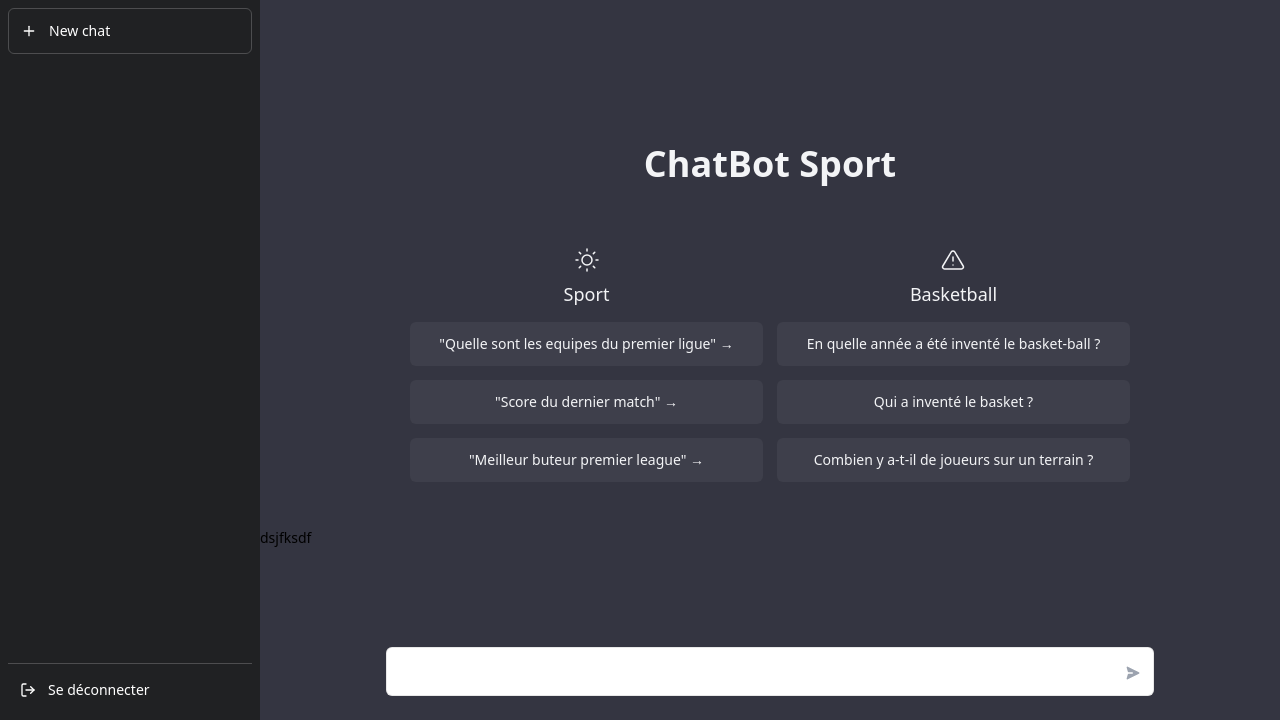
Repository: HaithemBenSlama/chatbot-front
Page: /, after clicking the first element matching `button.sc-gsFSXq`
An editor plug-in stored every save of this project. The page is shown before and after the next save, followed by the edit.
The browser window is 1280 px wide. The pictures show the whole page.
The project was rebuilt for these pictures with package versions that can differ from the ones it lists, and the page was loaded fresh each time. Also part of the build but not shown: src/constants/svg/lightningChargeIcon.js, src/constants/svg/externalLinkIcon.js, src/constants/svg/discordIcon.js, src/constants/svg/menuIcon.js, src/Components/Login/form-input.css.

Above is the page before, as saved 2023-05-01 22:01:37.

### src/App.js
import React from 'react'
import { LeftSection, RightSection } from './Components/main'
import { useState } from "react"
import Login from './Components/Login/Login';

const App = () => {
  const [isLoggedIn, setIsLoggedIn] = useState(false);
  return (
    <div>
      {isLoggedIn ? (
        <>
        <LeftSection setIsLoggedIn={setIsLoggedIn}/>
        <RightSection/>
        </>
      ) : (
        <Login setIsLoggedIn={setIsLoggedIn}/>
      )}
    </div>
  )
      }
export default App

### src/Components/main/index.js
import LeftSection from "./LeftSection";
import RightSection from "./RightSection";
import Footer from "./Footer";

export {RightSection, LeftSection, Footer}

### src/Components/Login/Login.jsx
import React from "react";
import "./login.css";
import * as Components from './Components';
import   { useState } from 'react';
import { useCookies } from "react-cookie";
import FormInput from "./FormInput";

const Login = ({setIsLoggedIn}) => {
    const [token,setToken]=useCookies(["user-token"]);
    const [signIn, toggle] = React.useState(true);
    const [data, setData] = useState();

    const [values, setValues] = useState({
        username: "",
        password: "",
    });
    const onChange = (e) => {
            setValues({ ...values, [e.target.name]: e.target.value });
    };

    const [valuesCreate, setValuesCreate] = useState({
        username: "",
        city: "",
        email: "",
        password: "",
    });
    const onChangeCreate = (e) => {
        setValuesCreate({ ...valuesCreate, [e.target.name]: e.target.value });
    };
    const handleSubmit = (e) => {
        e.preventDefault();
    };

    const inputs = [
        {
        id: 1,
        name: "username",
        type: "text",
        placeholder: "Username",
        errorMessage:
            "Username should be 3-16 characters and shouldn't include any special character!",
        label: "Username",
        pattern: "^[A-Za-z0-9]{3,16}$",
        required: true,
        },
        {
        id: 2,
        name: "password",
        type: "password",
        placeholder: "Password",
        errorMessage:
            "Password should be 8-20 characters and include at least 1 letter and 1 number!",
        label: "Password",
        pattern: `^(?=.*[0-9])(?=.*[a-zA-Z])[a-zA-Z0-9!@#$%^&*]{8,20}$`,
        required: true,
        },
    ];

    const inputsCreate = [
        {
        id: 1,
        name: "username",
        type: "text",
        placeholder: "Username",
        errorMessage:
            "Username should be 3-16 characters and shouldn't include any special character!",
        label: "Username",
        pattern: "^[A-Za-z0-9]{3,16}$",
        required: true,
        },
        {
            id: 2,
            name: "city",
            type: "text",
            placeholder: "City",
            errorMessage:
                "City name should be 3-16 characters and shouldn't include any special character!",
            label: "City",
            pattern: "^[A-Za-z]{3,16}$",
            required: true,
            },
        {
        id: 3,
        name: "email",
        type: "email",
        placeholder: "Email",
        errorMessage: "It should be a valid email address!",
        label: "Email",
        required: true,
        },
        {
        id: 4,
        name: "password",
        type: "password",
        placeholder: "Password",
        errorMessage:
            "Password should be 8-20 characters and include at least 1 letter and 1 number!",
        label: "Password",
        pattern: `^(?=.*[0-9])(?=.*[a-zA-Z])[a-zA-Z0-9!@#$%^&*]{8,20}$`,
        required: true,
        },
    ];

    const submitLog = async (e) => {
        e.preventDefault()
        const user = {
            username: values.username,
            password: values.password
        };
        const response=await fetch('http://127.0.0.1:8000/user/verif_user_login/', {
            method: 'POST',
            headers: {
                'accept': '*/*',
                'Content-Type':'multipart/form-data; boundary=--------------------------499310528544182401120976',
            },
            body:JSON.stringify(user)
        })
        const responseJson=await response.json();
        setToken("user-token",responseJson.usertoken);
    };

    const submitCreate = async (e) => {

        e.preventDefault()
        const user = {
            username: valuesCreate.username,
            city: valuesCreate.city,
            email: valuesCreate.email,
            password: valuesCreate.password
        };
        const response=await fetch('http://127.0.0.1:8000/user/verif_user/', {
            method: 'POST',
            headers: {
                'accept': '*/*',
                'Content-Type':'multipart/form-data; boundary=--------------------------499310528544182401120976',
            },
            body:JSON.stringify(user)
        })
        const responseJson=await response.json();
        setToken("user-token",responseJson.usertoken);
    };


        return(
            <div className="comp_body"><h1 className="logTitle">ChatBot</h1>
                <Components.Container>
                    <Components.SignUpContainer signinIn={signIn}>
                        <Components.Form  onSubmit={handleSubmit} >
                            <Components.Title>Create Account</Components.Title>
                            {inputsCreate.map((input) => (
                                <FormInput
                                    key={input.id}
                                    {...input}
                                    value={valuesCreate[input.name]}
                                    onChange={onChangeCreate}
                                />
                                ))}
                            <Components.Button onClick={submitCreate}>Sign Up</Components.Button>
                        </Components.Form>
                    </Components.SignUpContainer>

                    <Components.SignInContainer signinIn={signIn}>
                        <Components.Form >
                            <Components.Title>Log in</Components.Title>
                            {inputs.map((input) => (
                                <FormInput
                                    key={input.id}
                                    {...input}
                                    value={values[input.name]}
                                    onChange={onChange}
                                />
                                ))}
                            <Components.Anchor href='#'>Forgot your password?</Components.Anchor>
                            <Components.Button onClick={()=>{setIsLoggedIn(true)}} >Sign In</Components.Button>
                        </Components.Form>
                    </Components.SignInContainer>

                    <Components.OverlayContainer signinIn={signIn}>
                    <Components.Overlay signinIn={signIn}>

                    <Components.LeftOverlayPanel signinIn={signIn}>
                        <Components.Title>Welcome Back!</Components.Title>
                        <Components.Paragraph>
                            To keep connected with us please login with your personal info
                        </Components.Paragraph>
                        <Components.GhostButton onClick={() => toggle(true)}>
                            Sign In
                        </Components.GhostButton>
                        </Components.LeftOverlayPanel>

                        <Components.RightOverlayPanel signinIn={signIn}>
                            <Components.Title>Hello, Friend!</Components.Title>
                            <Components.Paragraph>
                                Enter Your personal details and start journey with us
                            </Components.Paragraph>
                                <Components.GhostButton onClick={() => toggle(false)}>
                                    Sigin Up
                                </Components.GhostButton>
                        </Components.RightOverlayPanel>

                    </Components.Overlay>
                </Components.OverlayContainer>

            </Components.Container>
        </div>
        )
}

export default Login;

### src/Components/main/LeftSection/index.js
import React from "react";
import { LogOutIcon,PlusIcon,} from "../../../constants";

const LeftSection = ({ show = false }) => {
  return (
    <div
      className={`${show && " flex flex-col"} ${
        !show && "hidden"
      } bg-black md:fixed md:inset-y-0 md:flex md:w-[260px] md:flex-col`}
    >
      <div className="flex h-full min-h-0 flex-col ">
        <div className="scrollbar-trigger flex h-full w-full flex-1 items-start border-white/20">
          <nav className="flex h-full flex-1 flex-col space-y-1 p-2">
            <a className="flex py-3 px-3 items-center gap-3 rounded-md hover:bg-gray-500/10 transition-colors duration-200 text-white cursor-pointer text-sm mb-2 flex-shrink-0 border border-white/20">
              <PlusIcon />
              New chat
            </a>
            <div className="flex-col flex-1 overflow-y-auto border-b border-white/20">
              <div className="flex flex-col gap-2 text-gray-100 text-sm">
                {/*  */}
              </div>
            </div>
              <a
                className="flex py-3 px-3 items-center gap-3 rounded-md hover:bg-gray-500/10 transition-colors duration-200 text-white cursor-pointer text-sm"
                href="/Login"
              >
                <LogOutIcon/>
                Se déconnecter
              </a>
          </nav>
        </div>
      </div>
    </div>
  );
};

export default LeftSection;

### src/Components/main/RightSection/index.js
import { CautionIcon, LightningChargeIcon, SunIcon } from "../../../constants";
import Footer from "../Footer";

const RightSection = () => {
  return (
    <div className="flex h-full flex-1 flex-col md:pl-[260px]">
      <main className="relative h-full w-full transition-width flex flex-col overflow-hidden items-stretch flex-1">
        <div className="flex-1 overflow-hidden">
          <div className="flex flex-col items-center text-sm h-full md:h-screen bg-lightBlack">
            <div className="text-gray-800 w-full md:max-w-2xl lg:max-w-3xl md:h-full md:flex md:flex-col px-6">
              <h1 className="text-4xl text-gray-100 font-semibold text-center mt-6 sm:mt-[20vh] ml-auto mr-auto mb-10 sm:mb-16">
                ChatBot Sport
              </h1>
              <div className="md:flex items-start text-center gap-3.5">
                {[
                  {
                    icon: <SunIcon />,
                    title: "Sport",
                    subTitle: [
                      `"Quelle sont les equipes du premier ligue" →`,
                      `"Score du dernier match" →`,
                      `"Meilleur buteur premier league" →`,
                    ],
                    hover: true,
                  },
                  {
                    icon: <CautionIcon />,
                    title: "Basketball",
                    subTitle: [
                      `En quelle année a été inventé le basket-ball ?`,
                      `Qui a inventé le basket ?`,
                      `Combien y a-t-il de joueurs sur un terrain ?`,
                    ],
                    hover: false,
                  },
                ].map((item, index) => (
                  <div
                    className="flex flex-col mb-8 md:mb-auto gap-3.5 flex-1"
                    key={index}
                  >
                    <h2 className="flex gap-3 text-gray-100 items-center m-auto text-lg font-normal md:flex-col md:gap-2">
                      {item.icon}
                      {item.title}
                    </h2>
                    <ul className="flex flex-col gap-3.5 w-full sm:max-w-md m-auto">
                      {item.subTitle.map((subTitle, subTitleIndex) => (
                        <button
                          className={`w-full bg-gray-50 text-gray-100 bg-white/5 p-3 rounded-md ${
                            item.hover
                              ? "hover:bg-gray-200 dark:hover:bg-gray-900 cursor-pointer"
                              : "cursor-text"
                          }`}
                          key={subTitleIndex}
                        >
                          {subTitle}
                        </button>
                      ))}
                    </ul>
                  </div>
                ))}
              </div>
            </div>
            <div className="w-full h-48 flex-shrink-0">
              <p>dsjfksdf</p>
            </div>
          </div>
        </div>
        <Footer />
      </main>
    </div>
  );
};

export default RightSection;

### src/Components/main/Footer/index.js
import React from "react";
import { PlaneIcon, UserIcon } from "../../../constants";

const Footer = () => {
  return (
    <div className="absolute bottom-0 left-0 w-full border-t md:border-t-0 dark:border-white/20 md:border-transparent md:dark:border-transparent md:bg-vert-light-gradient bg-gray-800 md:!bg-transparent">
      <form className="mx-2 flex flex-row gap-3 pt-2 last:mb-2 md:last:mb-6 lg:mx-auto lg:max-w-3xl lg:pt-6">
        <div className="relative flex h-full flex-1 md:flex-col">
          <div className="ml-1 mt-1.5 md:w-full md:m-auto md:flex md:mb-2 gap-2 justify-center">
            <div className="text-gray-100 p-1 md:hidden">
              <UserIcon />
            </div>
          </div>
          {/* Input */}
          <div className="flex flex-col w-full py-2 pl-3 flex-grow md:py-3 md:pl-4 relative border border-black/10 bg-white dark:border-gray-900/50 dark:text-white rounded-md bg-[rgba(64,65,79,var(--tw-bg-opacity))]">
            <textarea
              tabIndex="0"
              data-id="root"
              rows="1"
              className="m-0 w-full resize-none border-0 bg-transparent p-0 pr-7 focus:ring-0 focus-visible:ring-0 dark:bg-transparent outline-none overflow-y-hidden h-[23px]"
            ></textarea>
            <button className="absolute p-1 rounded-md text-gray-400 bottom-1.5 right-1 md:bottom-2.5 md:right-2 hover:bg-black">
              <PlaneIcon />
            </button>
          </div>
        </div>
      </form>
    </div>
  );
};

export default Footer;

### src/Components/Login/login.css
* {
    box-sizing: border-box;
}

.comp_body {
    background: #f6f5f7;
    display: flex;
    justify-content: center;
    align-items: center;
    flex-direction: column;
    font-family: "Montserrat", sans-serif;
    height: 100vh;
    margin: -20px 0 50px;
}
.logTitle {
    font-size: 3rem;
    font-weight: 600;
    text-align: center;
    margin-bottom: 2rem;
    color: #038c7a;
    text-shadow: 2px 2px 0px #f2f2f2, -2px -2px 0px #f2f2f2, 2px -2px 0px #f2f2f2, -2px 2px 0px #f2f2f2;
    text-transform: uppercase;
    letter-spacing: 3px;
    line-height: 1;
    position: relative;
}
.logTitle:before{
    content: "";
    width: 100%;
    height: 1px;
    position: absolute;
    bottom: -0.5rem;
    left: 0;
    background-color: #5c5c5c;
}

### src/Components/Login/Components.js
import styled from 'styled-components';

export const Container = styled.div`
background-color: #fff;
border-radius: 10px;
box-shadow: 0 14px 28px rgba(0, 0, 0, 0.25), 0 10px 10px rgba(0, 0, 0, 0.22);
position: relative;
overflow: hidden;
width: 678px;
max-width: 100%;
min-height: 450px;
`;

export const SignUpContainer = styled.div`
position: absolute;
top: 0;
height: 100%;
transition: all 0.6s ease-in-out;
left: 0;
width: 50%;
opacity: 0;
z-index: 1;
${props => props.signinIn !== true ? `
    transform: translateX(100%);
    opacity: 1;
    z-index: 5;
`
: null}
`;


export const SignInContainer = styled.div`
position: absolute;
top: 0;
height: 100%;
transition: all 0.6s ease-in-out;
left: 0;
width: 50%;
z-index: 2;
${props => (props.signinIn !== true ? `transform: translateX(100%);` : null)}
`;

export const Form = styled.div`
background-color: #ffffff;
display: flex;
align-items: center;
justify-content: center;
flex-direction: column;
padding: 0 50px;
height: 100%;
text-align: center;
`;

export const Title = styled.h1`
font-weight: bold;
margin-bottom: 15px;
`;

export const Input = styled.input`
background-color: #eee;
border: none;
padding: 12px 15px;
margin: 8px 0;
width: 100%;
`;


export const Button = styled.button`
    border-radius: 20px;
    border: 1px solid #1775d2;
    background-color: #1775d2;
    color: #ffffff;
    font-size: 12px;
    font-weight: bold;
    padding: 12px 45px;
    letter-spacing: 1px;
    text-transform: uppercase;
    transition: transform 80ms ease-in;
    &:active{
        transform: scale(0.95);
    }
    &:focus {
        outline: none;
    }
`;
export const GhostButton = styled(Button)`
background-color: transparent;
border-color: #ffffff;
`;

export const Anchor = styled.a`
color: #333;
font-size: 14px;
text-decoration: none;
margin: 15px 0;
`;
export const OverlayContainer = styled.div`
position: absolute;
top: 0;
left: 50%;
width: 50%;
height: 100%;
overflow: hidden;
transition: transform 0.6s ease-in-out;
z-index: 100;
${props =>
props.signinIn !== true ? `transform: translateX(-100%);` : null}
`;

export const Overlay = styled.div`
background: #1775d2;
background: -webkit-linear-gradient(to right, #1775d2, #25b579);
background: linear-gradient(to right, #1775d2,#1775d2);
background-repeat: no-repeat;
background-size: cover;
background-position: 0 0;
color: #ffffff;
position: relative;
left: -100%;
height: 100%;
width: 200%;
transform: translateX(0);
transition: transform 0.6s ease-in-out;
${props => (props.signinIn !== true ? `transform: translateX(50%);` : null)}
`;

export const OverlayPanel = styled.div`
    position: absolute;
    display: flex;
    align-items: center;
    justify-content: center;
    flex-direction: column;
    padding: 0 40px;
    text-align: center;
    top: 0;
    height: 100%;
    width: 50%;
    transform: translateX(0);
    transition: transform 0.6s ease-in-out;
`;

export const LeftOverlayPanel = styled(OverlayPanel)`
transform: translateX(-20%);
${props => props.signinIn !== true ? `transform: translateX(0);` : null}
`;

export const RightOverlayPanel = styled(OverlayPanel)`
    right: 0;
    transform: translateX(0);
    ${props => props.signinIn !== true ? `transform: translateX(20%);` : null}
`;

export const Paragraph = styled.p`
font-size: 14px;
font-weight: 100;
line-height: 20px;
letter-spacing: 0.5px;
margin: 20px 0 30px
`;

### src/Components/Login/FormInput.jsx
import { useState } from "react";
import "./form-input.css";

const FormInput = (props) => {
const [focused, setFocused] = useState(false);
const { label, errorMessage, onChange, id, ...inputProps } = props;

const handleFocus = (e) => {
    setFocused(true);
};

return (
    <div className="formInput">
    <input className="inputAuth"
        {...inputProps}
        onChange={onChange}
        onBlur={handleFocus}
        onFocus={() =>
        inputProps.name === "confirmPassword" && setFocused(true)
        }
        focused={focused.toString()}
    />
    <span className="spanAuth">{errorMessage}</span>
    </div>
);
};

export default FormInput;

### src/constants/index.js
import SunIcon from "./svg/sunIcon";
import LightningChargeIcon from "./svg/lightningChargeIcon";
import CautionIcon from "./svg/cautionIcon";
import PlaneIcon from "./svg/planeIcon";
import PlusIcon from "./svg/plusIcon";
import ExternalLinkIcon from "./svg/externalLinkIcon";
import DiscordIcon from "./svg/discordIcon";
import LogOutIcon from "./svg/logOutIcon";
import MenuIcon from "./svg/menuIcon";
import UserIcon from "./svg/userIcon";

export {
  SunIcon,
  LightningChargeIcon,
  CautionIcon,
  PlaneIcon,
  PlusIcon,
  DiscordIcon,
  ExternalLinkIcon,
  LogOutIcon,
  MenuIcon,
  UserIcon,
};

### src/constants/svg/sunIcon.js
import React from "react";

const SunIcon = ({ className = "h-6 w-6", strokeWidth = "1.5" }) => {
  return (
    <svg
      stroke="currentColor"
      fill="none"
      strokeWidth={strokeWidth}
      viewBox="0 0 24 24"
      strokeLinecap="round"
      strokeLinejoin="round"
      className={className}
      height="1em"
      width="1em"
      xmlns="http://www.w3.org/2000/svg"
    >
      <circle cx="12" cy="12" r="5"></circle>
      <line x1="12" y1="1" x2="12" y2="3"></line>
      <line x1="12" y1="21" x2="12" y2="23"></line>
      <line x1="4.22" y1="4.22" x2="5.64" y2="5.64"></line>
      <line x1="18.36" y1="18.36" x2="19.78" y2="19.78"></line>
      <line x1="1" y1="12" x2="3" y2="12"></line>
      <line x1="21" y1="12" x2="23" y2="12"></line>
      <line x1="4.22" y1="19.78" x2="5.64" y2="18.36"></line>
      <line x1="18.36" y1="5.64" x2="19.78" y2="4.22"></line>
    </svg>
  );
};

export default SunIcon;

### src/constants/svg/cautionIcon.js
import React from "react";

const CautionIcon = () => {
  return (
    <svg
      stroke="currentColor"
      fill="none"
      strokeWidth="1.5"
      viewBox="0 0 24 24"
      strokeLinecap="round"
      strokeLinejoin="round"
      className="h-6 w-6"
      height="1em"
      width="1em"
      xmlns="http://www.w3.org/2000/svg"
    >
      <path d="M10.29 3.86L1.82 18a2 2 0 0 0 1.71 3h16.94a2 2 0 0 0 1.71-3L13.71 3.86a2 2 0 0 0-3.42 0z"></path>
      <line x1="12" y1="9" x2="12" y2="13"></line>
      <line x1="12" y1="17" x2="12.01" y2="17"></line>
    </svg>
  );
};

export default CautionIcon;

### src/constants/svg/planeIcon.js
import React from "react";

const PlaneIcon = () => {
  return (
    <svg
      stroke="currentColor"
      fill="currentColor"
      strokeWidth="0"
      viewBox="0 0 20 20"
      className="h-4 w-4 rotate-90"
      height="1em"
      width="1em"
      xmlns="http://www.w3.org/2000/svg"
    >
      <path d="M10.894 2.553a1 1 0 00-1.788 0l-7 14a1 1 0 001.169 1.409l5-1.429A1 1 0 009 15.571V11a1 1 0 112 0v4.571a1 1 0 00.725.962l5 1.428a1 1 0 001.17-1.408l-7-14z"></path>
    </svg>
  );
};

export default PlaneIcon;

### src/constants/svg/plusIcon.js
import React from "react";

const PlusIcon = ({ className = "h-4 w-4" }) => {
  return (
    <svg
      stroke="currentColor"
      fill="none"
      strokeWidth="2"
      viewBox="0 0 24 24"
      strokeLinecap="round"
      strokeLinejoin="round"
      className={className}
      height="1em"
      width="1em"
      xmlns="http://www.w3.org/2000/svg"
    >
      <line x1="12" y1="5" x2="12" y2="19"></line>
      <line x1="5" y1="12" x2="19" y2="12"></line>
    </svg>
  );
};

export default PlusIcon;

### src/constants/svg/logOutIcon.js
import React from "react";

const LogOutIcon = () => {
  return (
    <svg
      stroke="currentColor"
      fill="none"
      strokeWidth="2"
      viewBox="0 0 24 24"
      strokeLinecap="round"
      strokeLinejoin="round"
      className="h-4 w-4"
      height="1em"
      width="1em"
      xmlns="http://www.w3.org/2000/svg"
    >
      <path d="M9 21H5a2 2 0 0 1-2-2V5a2 2 0 0 1 2-2h4"></path>
      <polyline points="16 17 21 12 16 7"></polyline>
      <line x1="21" y1="12" x2="9" y2="12"></line>
    </svg>
  );
};

export default LogOutIcon;

### src/constants/svg/userIcon.js
import React from "react";

const UserIcon = () => {
  return (
    <svg
      xmlns="http://www.w3.org/2000/svg"
      fill="none"
      viewBox="0 0 24 24"
      strokeWidth={1.5}
      stroke="currentColor"
      className="w-6 h-6"
    >
      <path
        strokeLinecap="round"
        strokeLinejoin="round"
        d="M15.75 6a3.75 3.75 0 11-7.5 0 3.75 3.75 0 017.5 0zM4.501 20.118a7.5 7.5 0 0114.998 0A17.933 17.933 0 0112 21.75c-2.676 0-5.216-.584-7.499-1.632z"
      />
    </svg>
  );
};

export default UserIcon;

### tailwind.config.js
/** @type {import('tailwindcss').Config} */
module.exports = {
  content: ["./src/**/*.{js,jsx,ts,tsx}"],
  theme: {
    extend: {
      colors: {
        black: "#202123",
        lightBlack: "#343541",
      },
    },
  },
  plugins: [],
};

Loaded but not shown: public/index.html (common file); src/index.js (common file); src/index.css (common file)

After the next save:
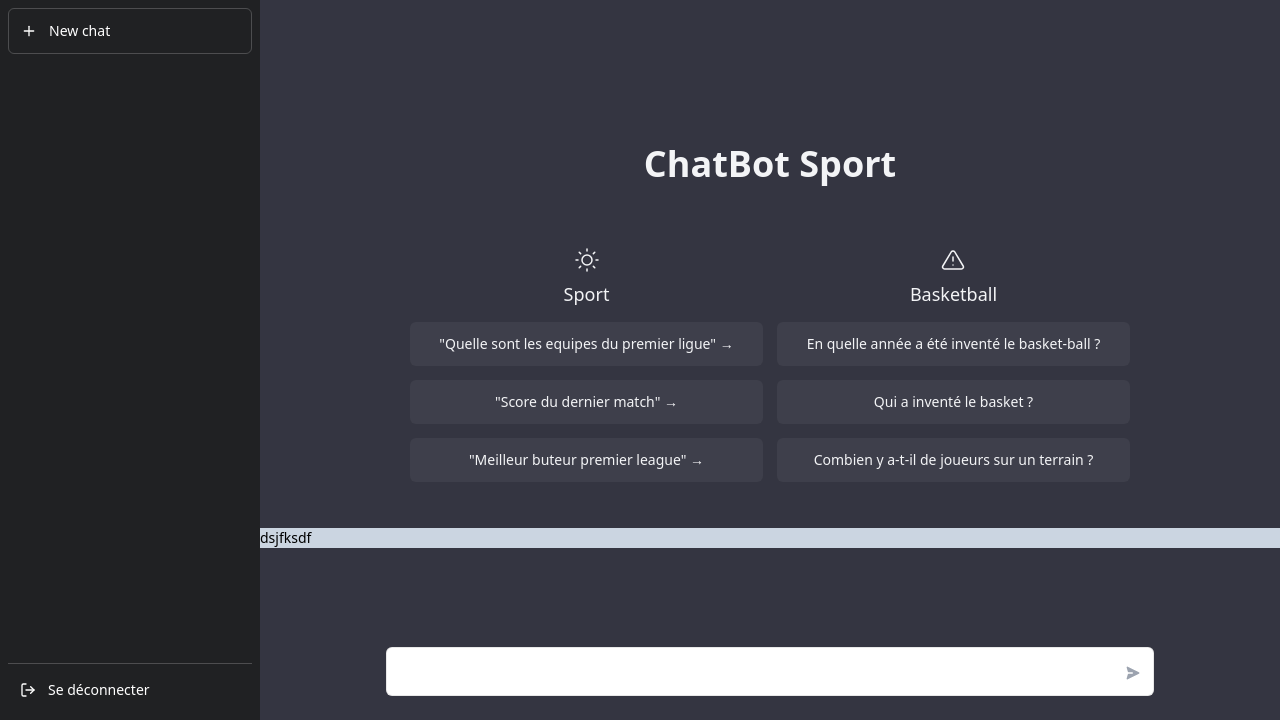
Saved 19 s later.
--- a/src/Components/main/RightSection/index.js
+++ b/src/Components/main/RightSection/index.js
@@ -61,7 +61,7 @@ const RightSection = () => {
               </div>
             </div>
             <div className="w-full h-48 flex-shrink-0">
-              <p>dsjfksdf</p>
+              <p className="bg-slate-300">dsjfksdf</p>
             </div>
           </div>
         </div>
